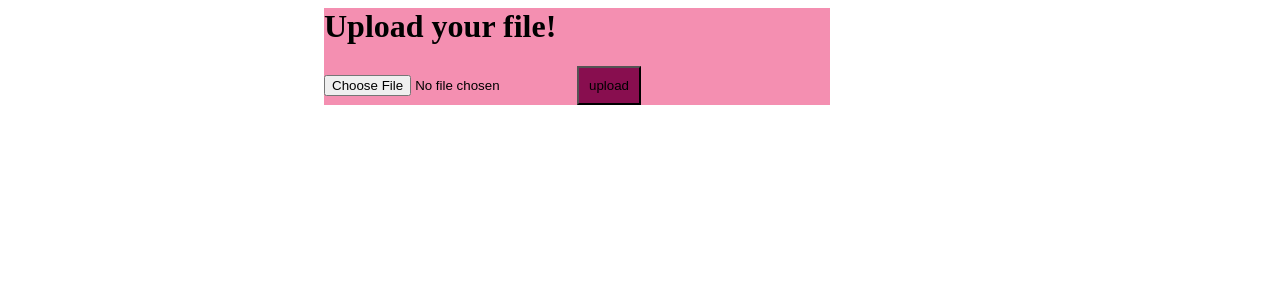
Repository: jocarosa/meta-data
Page: http://localhost/
The author's editor kept a record of every edit. The page is drawn from the files as they stood at one moment, then again after the next edit.
The browser window is 1280 px wide. The pictures show the whole page.
The page is served by the project's Node server (meta.js).

Above is the page before.

After the next edit:
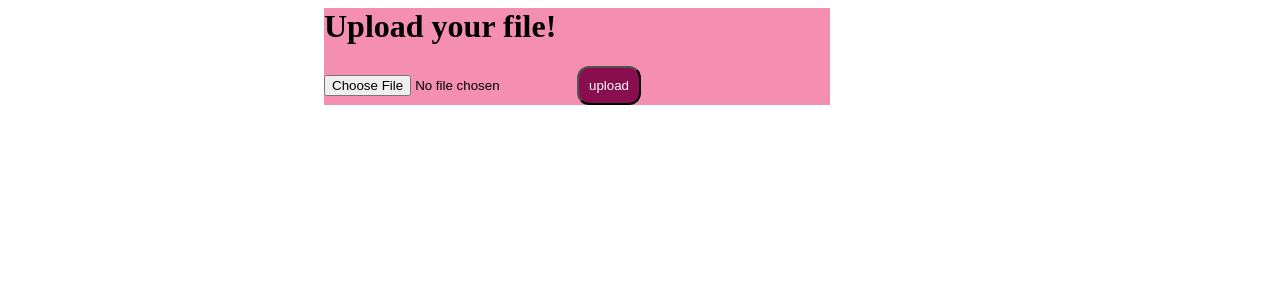
The edit:
--- a/views/css/style.css
+++ b/views/css/style.css
@@ -8,4 +8,6 @@
 
     padding            : 10px;
     background-color   : #880E4F;
+    color              : white;
+    border-radius      : 12px;
 }
